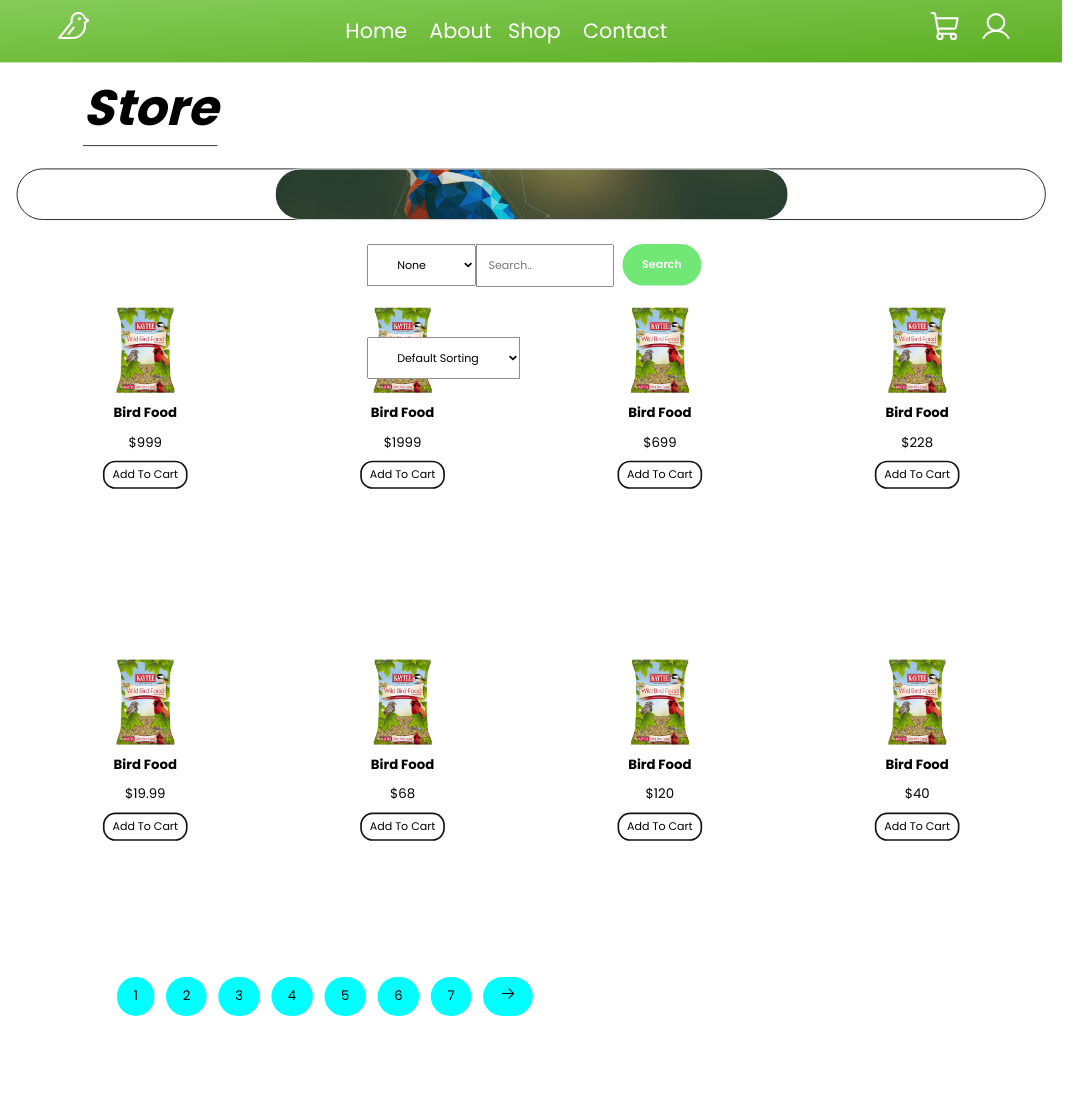
Repository: Vuhainam64/SWP391
Page: / (app in React/swp391-app/)
The author's editor kept a copy of each file at every save. The page is drawn from the files as they stood at one save, then again after the next save.
The browser window is 1280 px wide. The page is 1280 px wide, then 1308 px, so the pictures cover 1308 px, including what lies to the right of the window. The pictures show the whole page, at 83% of full size.
The project was rebuilt for these pictures with package versions that can differ from the ones it lists, and the page was loaded fresh each time. Also part of the build but not shown: React/swp391-app/src/pages/register/register.jsx, React/swp391-app/src/pages/home/home.css, React/swp391-app/src/pages/home/home-product.jsx, React/swp391-app/src/pages/home/home.jsx, React/swp391-app/src/pages/about/about.jsx, React/swp391-app/src/pages/contact/contact.jsx, React/swp391-app/src/pages/cart/cart-item.jsx, React/swp391-app/src/pages/cart/cart.css and 2 more.

Above is the page before, as saved 2023-06-05 08:16:40.

### React/swp391-app/src/App.js
import './App.css';
import { BrowserRouter as Router, Routes, Route } from "react-router-dom";
import { Navbar } from "./components/navbar";
import { Register } from "./pages/register/register";
import { Home } from "./pages/home/home";
import { About } from "./pages/about/about";
import { Shop } from "./pages/shop/shop";
import { Contact } from "./pages/contact/contact";
import { Cart } from "./pages/cart/cart";
import { ShopContextProvider } from './context/shop-context';
import { ProductDetail } from './pages/product/product-detail';


function App() {
  return (
    <div className = "App">
      <ShopContextProvider>
        <Router>
          <Navbar />
          <Routes>
            <Route path = "/register" element = {<Register />} />
            <Route path = "/home" element={<Home/>} />
            <Route path = "/about" element={<About/>} />
            <Route path = "/" element = {<Shop />} />
            <Route path = "/product" element = {<ProductDetail />} />
            <Route path = "/contact" element = {<Contact />} />
            <Route path = "/cart" element = {<Cart />} />
          </Routes>
        </Router>
      </ShopContextProvider>
    </div>
  );
}

export default App;

### React/swp391-app/src/App.css
.App {
  width: 100%;
  height: auto;
  min-height: 100vh;
  font-family: 'Segoe UI', Tahoma, Geneva, Verdana, sans-serif;
}

body {
  padding: 0;
  margin: 0;
}

### React/swp391-app/src/components/navbar.jsx
import React from "react";
import { Link } from "react-router-dom";
import { ShoppingCart, Bird, User } from "phosphor-react";
import "./navbar.css";

export const Navbar = () => {
  return (
    <div className="navbar">
      <div className="links">
        <div className="icon">
          <Link to="/home">
            <Bird size={40} />
          </Link>
        </div>
        <div className="middle">
          <Link to="/home"> Home </Link>
          <Link to="/about">About</Link>
          <Link to="/">Shop</Link>
          <Link to="/contact"> Contact</Link>
        </div>
        <div className="end">
          <Link to="/cart">
            <ShoppingCart size={40} />
          </Link>
            <Link to="/register">
              <User size={40}/>
            </Link>
        </div>
      </div>
    </div>
  );
};

### React/swp391-app/src/pages/shop/shop.jsx
import React from "react";
import { PRODUCTS } from "../../products";
import { Product } from "./product";
import { ArrowRight } from "phosphor-react";
import "./shop.css";

export const Shop = () => {
  return (
    <div className="shop">
      <div className="shopTitle">
        <h3>Store</h3>
      </div>
      <div className="sort">
        <div className="box-image">
          <div className="form-shop">
            <div class="form-shop-select">
              <label>
                <select>
                  <option selected> None </option>
                  <option>Seed</option>
                  <option>Suet</option>
                  <option>Nectar</option>
                  <option>Fruit</option>
                  <option>Insect</option>
                </select>
              </label>
            </div>
            <div className="search-bar">
              <input type="text" placeholder="Search.." />
            </div>
            <div className="icon-search">
              <button>Search</button>
            </div>
          </div>
          <div className="sort-shop">
            <label>
              <select>
                <option selected> Default Sorting </option>
                <option>A To Z</option>
                <option>1 - 8</option>
                <option>Price</option>
              </select>
            </label>
          </div>
        </div>
      </div>
      <div className="products">
        {PRODUCTS.map((product) => (
          <Product data={product} />
        ))}
      </div>
      <div className="page-count">
        <div className="page-number">
          <ul className="page-number-count">
            <li>1</li>
            <li>2</li>
            <li>3</li>
            <li>4</li>
            <li>5</li>
            <li>6</li>
            <li>7</li>
            <li>
              <ArrowRight size={20} />
            </li>
          </ul>
        </div>
      </div>
    </div>
  );
};

### React/swp391-app/src/context/shop-context.jsx
import { createContext, useEffect, useState } from "react";
import { PRODUCTS } from "../products";

export const ShopContext = createContext(null);

const getDefaultCart = () => {
    let cart = {};
    for (let i = 1; i < PRODUCTS.length + 1; i++) {
        cart[i] = 0;
    }
    return cart;
}

export const ShopContextProvider = (props) => {
    const [cartItems, setCartItems] = useState(getDefaultCart());

    const getTotalCartAmount = () => {
        let totalAmount = 0;
        for (const item in cartItems) {
            if (cartItems[item] > 0) {
                let itemInfo = PRODUCTS.find((product) => product.id === Number(item));
                totalAmount += cartItems[item] *itemInfo.price;
            }
        }
        return totalAmount;
    };

    const addToCart = (itemId) => {
        setCartItems((prev) => ({ ...prev, [itemId]: prev[itemId] + 1}));
    };

    const removeFromCart = (itemId) => {
        setCartItems((prev) => ({ ...prev, [itemId]: prev[itemId] - 1}));
    };

    const updateCartItemCount = (newAmount, itemId) => {
        setCartItems((prev) => ({ ...prev, [itemId]: newAmount }));
    };

    const checkout = () => {
        setCartItems(getDefaultCart());
    };

    const contextValue = {
        cartItems,
        addToCart,
        updateCartItemCount,
        removeFromCart,
        getTotalCartAmount,
        checkout,
    };

    return (
        <ShopContext.Provider value={contextValue}>
            {props.children}
        </ShopContext.Provider>
    );
};

### React/swp391-app/src/components/navbar.css
.navbar {
    width: 100%;
    height: 75px;
    background-color: #85CC5A;
    background-image: linear-gradient(to bottom right, #85CC5A, #5CAE22);
    display: flex;
    justify-content: center;
    align-items: center;
}

.links {
    margin-right: 50px;
    display: flex;
    align-items: center;
    justify-content: space-between;
    width: 100%;
}

.icon {
    margin-left: 50px;
}

.end {
    padding: 0 10px;
}

.links a {
    text-decoration: none;
    color: white;
    margin-left: 20px;
    font-size: 25px;
}

### React/swp391-app/src/pages/register/register.css
/* Import Google font - Poppins */
@import url('https://fonts.googleapis.com/css2?family=Poppins:wght@200;300;400;500;600;700&display=swap');

*{
  margin: 0;
  padding: 0;
  box-sizing: border-box;
  font-family: 'Poppins', sans-serif;
}

.images{
  position: absolute;
  width: 100%;
  height: 100%;
  background-image: url(../../assets/products/bird.jpg);
  background-position: center;
  background-size: cover;
  color: white;
}

.container{
  position: relative;
  top: 50%;
  left: 50%;
  transform: translate(-50%,-50%);
  max-width: 480px;
  width: 100%;
  border-radius: 7px;
  box-shadow: -3px -3px 9px #aaa9a9a2,
              3px 3px 7px rgba(147, 149, 151, 0.671);
}

.container .registration{
  display: none;
}

#check:checked ~ .registration{
  display: block;
}

#check:checked ~ .login{
  display: none;
}

#check{
  display: none;
}

.container .form{
  padding: 2rem;
}

.form header{
  font-size: 2rem;
  font-weight: 500;
  text-align: center;
  margin-bottom: 1.5rem;
}

 .form input{
   height: 60px;
   width: 92%;
   padding: 0 14px;
   font-size: 17px;
   margin-top: 15px;
   margin-bottom: 1.3rem;
   border: 1px solid #ddd;
   border-radius: 6px;
   outline: none;
 }

 .form input:focus{
   box-shadow: 0 1px 0 rgba(0,0,0,0.2);
 }

.form a{
  font-size: 16px;
  color: #20ffd6;
  text-decoration: none;
}

.form a:hover{
  text-decoration: underline;
}

.form input.button{
  color: #fff;
  background: #009579;
  font-size: 1.2rem;
  font-weight: 500;
  letter-spacing: 1px;
  margin-top: 1.7rem;
  cursor: pointer;
  transition: 0.4s;
  width: 100%;
}

.form input.button:hover{
  background: #006653;
}

.signup{
  font-size: 17px;
  text-align: center;
}

.signup label{
  color: #20ffd6;
  cursor: pointer;
}

.signup label:hover{
  text-decoration: underline;
}

.icon-login {
  margin-right: 5px;
}

### React/swp391-app/src/products.js
import product1 from "./assets/products/1.png";
import product2 from "./assets/products/1.png";
import product3 from "./assets/products/1.png";
import product4 from "./assets/products/1.png";
import product5 from "./assets/products/1.png";
import product6 from "./assets/products/1.png";
import product7 from "./assets/products/1.png";
import product8 from "./assets/products/1.png";

export const PRODUCTS = [
  {
    id: 1,
    productName: "Bird Food",
    price: 999.0,
    productImage: product1,
  },
  {
    id: 2,
    productName: "Bird Food",
    price: 1999.0,
    productImage: product2,
  },
  {
    id: 3,
    productName: "Bird Food",
    price: 699.0,
    productImage: product3,
  },
  {
    id: 4,
    productName: "Bird Food",
    price: 228.0,
    productImage: product4,
  },
  {
    id: 5,
    productName: "Bird Food",
    price: 19.99,
    productImage: product5,
  },
  {
    id: 6,
    productName: "Bird Food",
    price: 68.0,
    productImage: product6,
  },
  {
    id: 7,
    productName: "Bird Food",
    price: 120.0,
    productImage: product7,
  },
  {
    id: 8,
    productName: "Bird Food",
    price: 40.0,
    productImage: product8,
  },
];

### React/swp391-app/src/pages/shop/product.jsx
import React, {useContext, useState, useEffect} from "react";
import { ShopContext } from "../../context/shop-context";


export const Product = (props) => {
    const { id, productName, price, productImage } = props.data;
    const { addToCart, cartItems } = useContext(ShopContext);

    const cartItemCount = cartItems[id];

    return (
        <div className = "product">
            <img src = {productImage} alt=""/>
            <div className = "description">
                <p>
                    <b>{productName}</b>
                </p>
                <p> ${price}</p>
            </div>
            <button className="addToCartBttn" onClick = {() => addToCart(id)}>
                Add To Cart {cartItemCount > 0 && <> ({cartItemCount}) </>}
            </button>
        </div>
    );
};

### React/swp391-app/src/pages/shop/shop.css
.shop {
  padding: 0 20px;
}

.shopTitle {
  margin-top: 10px;
  text-align: center;
  font-size: 40px;
}

.products {
  width: 100%;
  height: auto;
  display: grid;
  grid-template-columns: 1fr 1fr 1fr 1fr;
  place-items: center;
}

.product {
  border-radius: 15px;
  margin: 100px;
  display: flex;
  flex-direction: column;
  justify-content: center;
  align-items: center;
}

.product img {
  width: 100%;
  height: 100%;
}

.product .description {
  text-align: center;
}

.product:hover {
  transition: 0.3s ease-in;
  cursor: pointer;
}

.addToCartBttn {
  background-color: transparent;
  border: 2px solid rgb(19, 19, 19);
  min-width: 100px;
  padding: 5px 10px 5px 10px;
  border-radius: 15px;
}

.addToCartBttn:hover {
  background-color: rgb(19, 19, 19);
  color: white;
  cursor: pointer;
}

.description p,
b {
  margin: 10px 0;
}
.shopTitle {
  justify-content: left;
  display: inline-block;
}
.shopTitle h3 {
  float: left;
  margin-left: 80px;
  font-size: 60px;
  font-style: italic;
  border-bottom: 1px solid rgb(19, 19, 19);
}

.form-shop {
  display: flex;
  margin: 50px 10px 10px 80px;
  width: 100%;
  position: relative;
}

.form-shop select {
  padding: 14px 32px;
}

.form-shop input {
  padding: 14px;
  margin: 10px 10px 10px 0;
  width: 100%;
}

.search-bar {
  width: 30%;
}
.icon-search button {
  padding: 14px 24px;
  height: 50px;
  margin-top: 10px;
  margin-left: 10px;
  border-radius: 50px;
  cursor: pointer;
  background-color: rgb(20, 217, 27);
  border: none;
  color: #fff;
  font-weight: 600;
  opacity: 0.6;
}

.icon-search button:hover {
  opacity: 1;
}

.sort {
  display: flex;
  justify-content: center;
  align-items: center;
  padding: 30px;
  border: 1px solid;
  border-radius: 50px;
  margin-top: 20px;
  position: relative;
}

.box-image {
  position: absolute;
  width: 50%;
  height: 50%;
  background-image: url(../../assets/products/bird.jpg);
  background-position: center;
  background-size: cover;
  color: white;
  padding: 30px;
  border: 1px solid;
  border-radius: 50px;
}

.sort-shop {
  margin: 50px 10px 10px 80px;
}

.sort-shop select {
  padding: 14px 32px;
}

.page-count {
  margin: 50px 20px 100px 100px;
}

.page-number-count {
  display: flex;
  list-style: none;
  padding: 14px;
}

.page-number-count li {
  margin: 0 7px;
  padding: 10px 20px;
  border-radius: 50px;
  background-color: aqua;
}

.page-number-count li:hover {
  background-color: aqua;
  padding: 10px;
}

### React/swp391-app/src/pages/contact/contact.css
.contact{
    max-width: 400px;
    margin: 0 auto;
    padding: 20px;
}
.title-contact{
    text-align: center;
}
label{
    display: block;
    margin-top: 10px;
}
.form-contact{

    text-align: center;
}

/* input[type="text"],
.type-email,
input[type="message"],
textarea {
  width: 100%;
  padding: 8px;
  border: 1px solid #ccc;
  border-radius: 4px;
  box-sizing: border-box;
  margin-top: 5px;
  margin-bottom: 10px;
} */

input[type="submit"] {
    background-color: #4CAF50;
    color: white;
    padding: 10px 15px;
    border: none;
    border-radius: 4px;
    cursor: pointer;
    font-size: 16px;
  }

  input[type="submit"]:hover {
    background-color: #45a049;
  }

  textarea {
    height: 100px;
  }

Loaded but not shown: React/swp391-app/public/index.html (common file); React/swp391-app/src/index.js (common file); React/swp391-app/src/index.css (common file); React/swp391-app/src/reportWebVitals.js (common file)

After the next save:
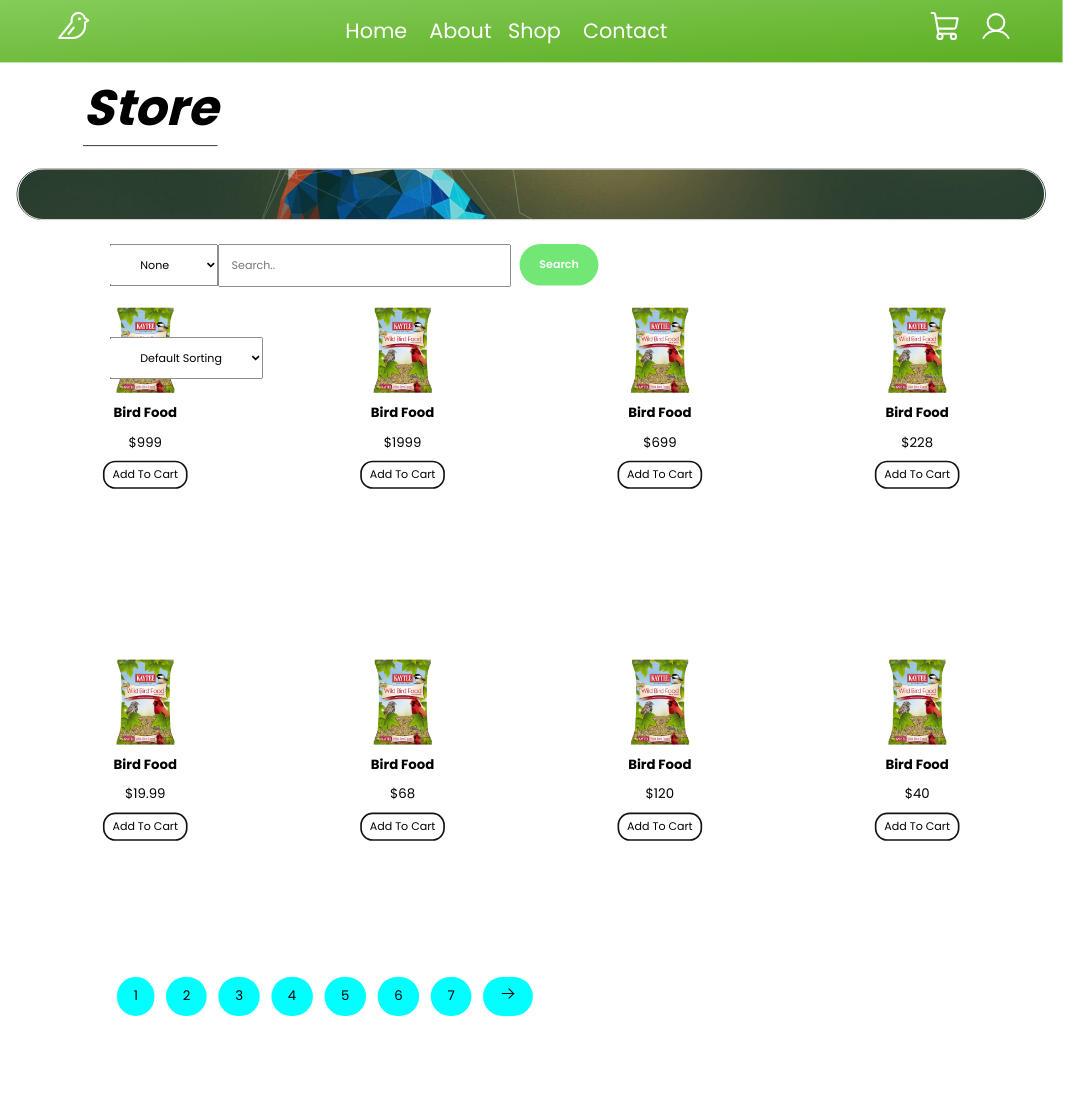
Saved 7 s later.
--- a/React/swp391-app/src/pages/shop/shop.css
+++ b/React/swp391-app/src/pages/shop/shop.css
@@ -120,8 +120,8 @@
 
 .box-image {
   position: absolute;
-  width: 50%;
-  height: 50%;
+  width: 100%;
+  height: 100%;
   background-image: url(../../assets/products/bird.jpg);
   background-position: center;
   background-size: cover;
